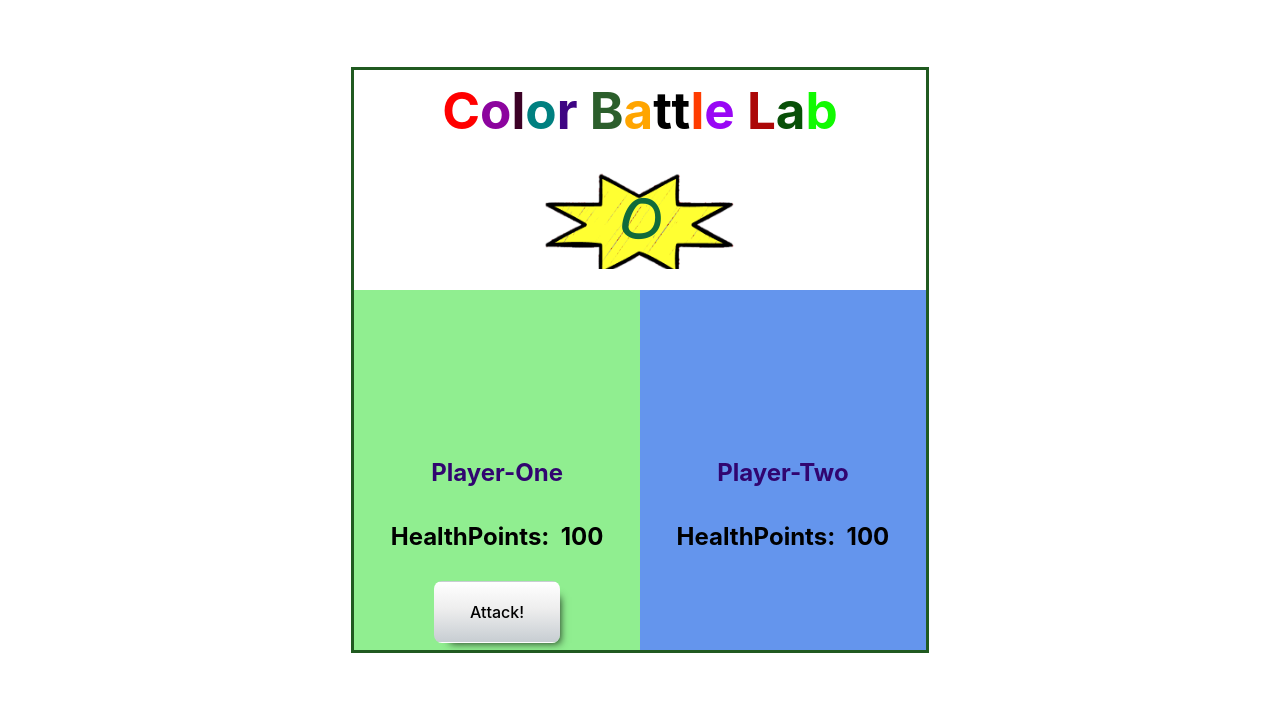
Repository: RAWdevX21/color-battle_lab-build
Page: /
An editor plug-in stored every save of this project. The page is shown before and after the next save, followed by the edit.
The browser window is 1280 px wide. The pictures show the whole page.
Some web fonts or font styles are not loaded; a fallback is used. The project was rebuilt for these pictures with package versions that can differ from the ones it lists, and the page was loaded fresh each time. Also part of the build but not shown: vite.config.js.

Above is the page before, as saved 2023-08-17 09:36:39.

After the next save:
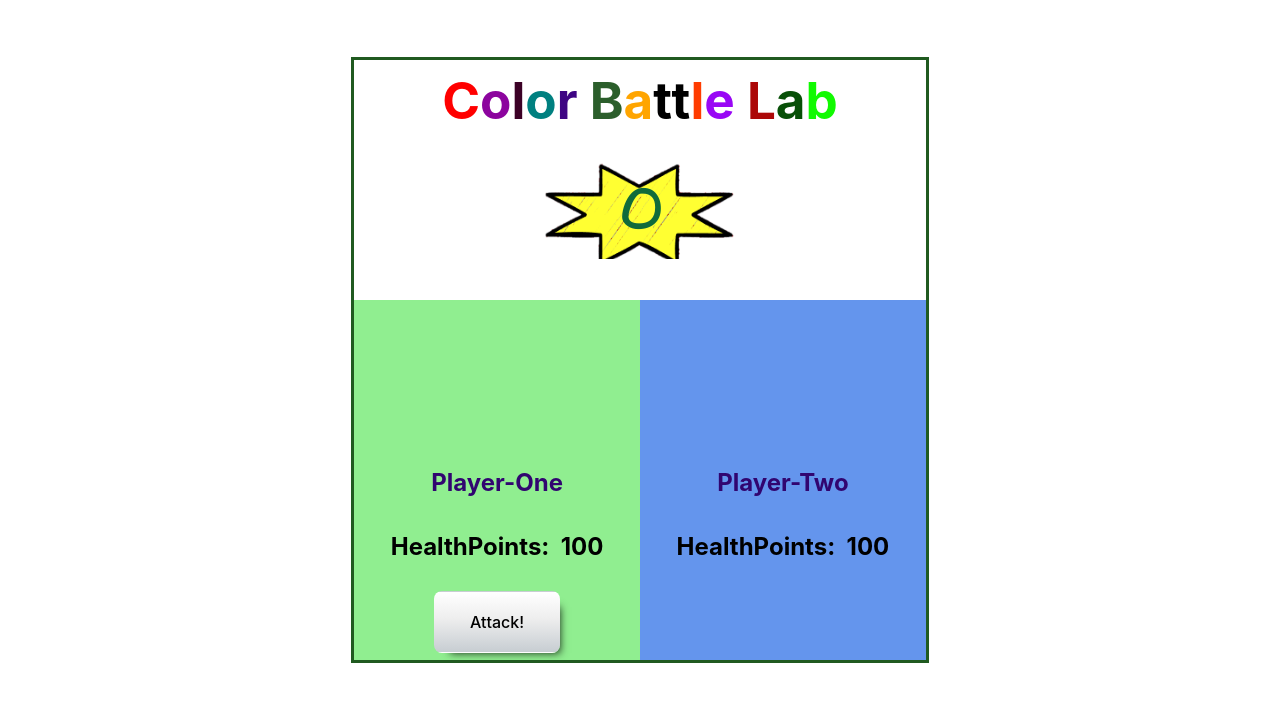
Saved 18 s later.
--- a/src/Components/Die.css
+++ b/src/Components/Die.css
@@ -6,7 +6,7 @@
     justify-content: center;
     font-size: 4rem;
     font-weight: bold;
-    margin: 5px auto;
+    margin: 25px auto;
     background-image: url('../assets/pow.png');
     background-size: 13rem 13.5rem;
     background-position: center;
